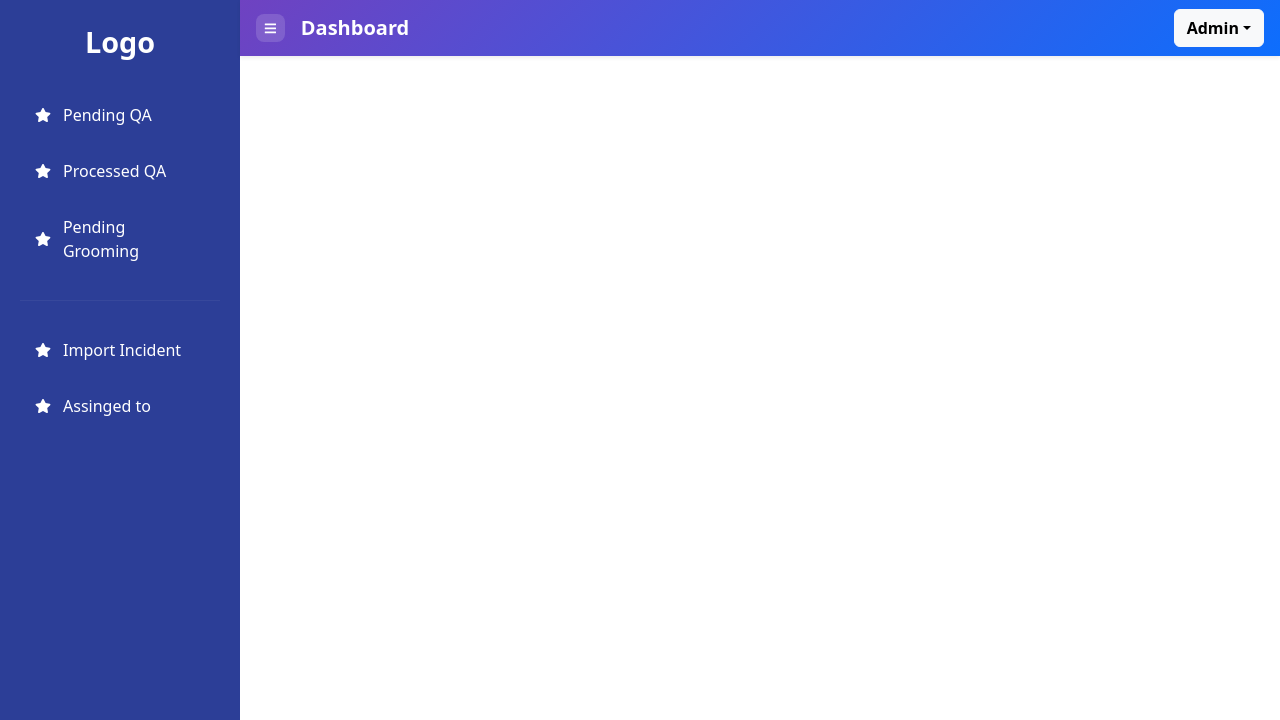
Repository: ArunGOW/ServiceNow_QA-audit
Page: /dashboard
These files come from the project's save history. The page is drawn as it stood at one moment and after the next save; the edit follows.
The browser window is 1280 px wide. The pictures show the whole page.
The project was rebuilt for these pictures with package versions that can differ from the ones it lists, and the page was loaded fresh each time. Also part of the build but not shown: vite.config.js, src/components/Login.jsx, src/components/tables/PendingQATable.jsx, src/components/CustomButton.jsx, src/components/PaginationControls.jsx, src/pages/PendingQAPage.jsx, src/components/tables/ProcessedQATable.jsx, src/pages/ProcessedQAPage.jsx and 2 more.

Above is the page before, as saved 2025-09-09 18:19:22.

After the next save:
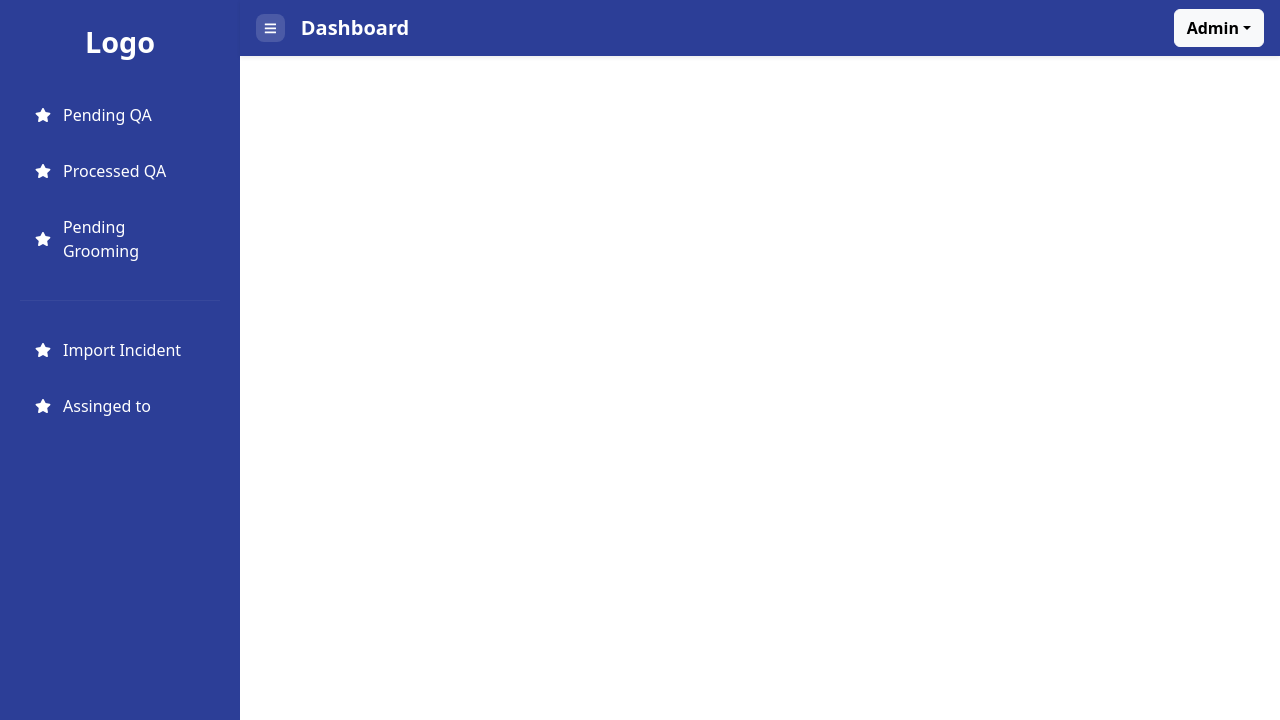
Saved 3 min 49 s later.
--- a/src/components/layout/Topbar.jsx
+++ b/src/components/layout/Topbar.jsx
@@ -18,7 +18,7 @@
       expand="lg"
       className="shadow-sm px-3"
       style={{
-        background: "linear-gradient(135deg, #6f42c1, #0d6efd)", // MopUp purple-blue gradient
+        background: "#2c3e97", // MopUp purple-blue gradient
       }}
     >
       {/* Sidebar Toggle Button */}
